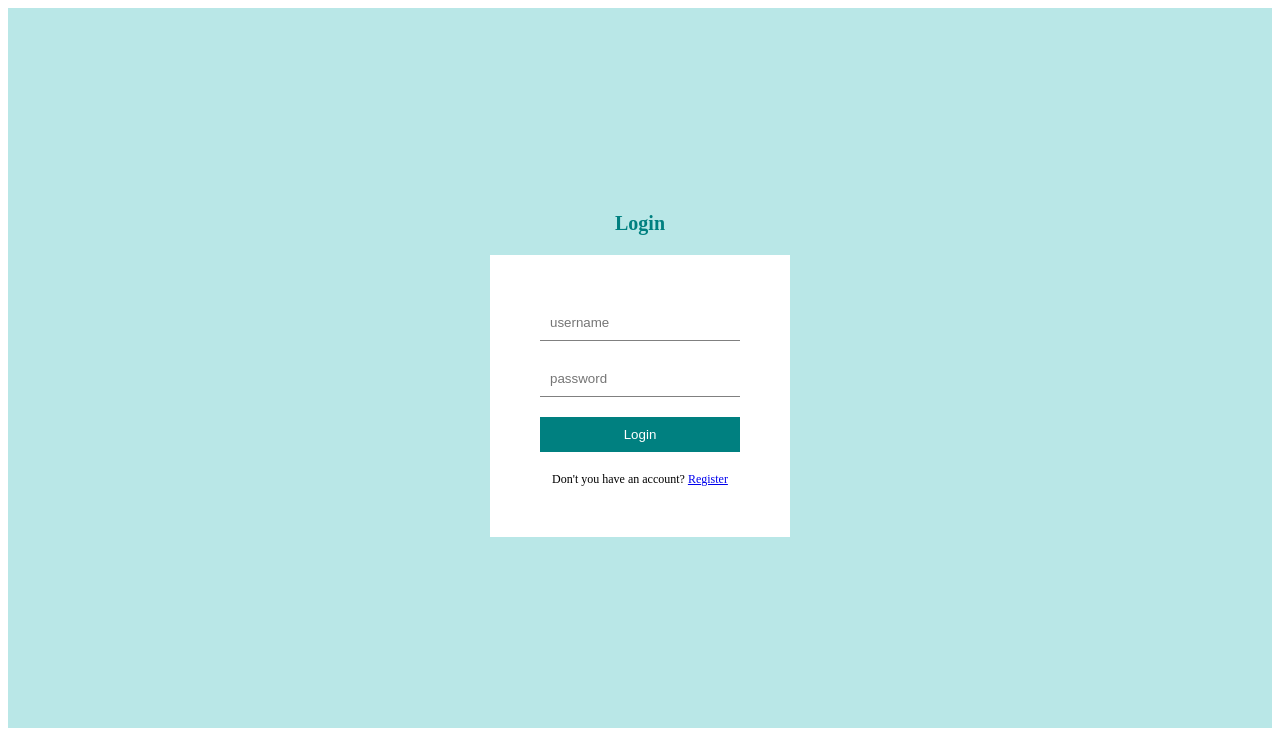
Repository: Jace9999/V-Blog
Page: /login (app in client/youtube2022/)
The author's editor kept a copy of each file at every save. The page is drawn from the files as they stood at one save, then again after the next save.
The browser window is 1280 px wide. The pictures show the whole page.
The project was rebuilt for these pictures with package versions that can differ from the ones it lists, and the page was loaded fresh each time. Also part of the build but not shown: client/youtube2022/src/pages/Register.jsx, client/youtube2022/src/pages/Home.jsx, client/youtube2022/src/pages/Single.jsx, client/youtube2022/src/pages/Write.jsx, client/youtube2022/src/components/Navbar.jsx, client/youtube2022/src/components/Footer.jsx.

Above is the page before, as saved 2023-08-02 14:46:07.

### client/youtube2022/src/App.jsx
import {
  createBrowserRouter,
  RouterProvider,
  Route,
  Outlet,
} from "react-router-dom"

import { Register } from "./pages/Register";
import { Home } from "./pages/Home";
import { Single } from "./pages/Single";
import { Write } from "./pages/Write";
import { Login } from "./pages/Login";
import { Navbar } from "./components/Navbar";
import { Footer } from "./components/Footer";
import "./style.scss"

const Layout = ()=>{
  return (
    <>
    <Navbar/>
    <Outlet/>
    <Footer/>
    </>
  );
};

const router = createBrowserRouter([
  {
    path: "/",
    element: <Layout/>,
    children:[
      {
       path:"/",
        element:<Home/>
      },
      {
        path:"/post/:id",
        element:<Single/>
      },
      {
        path:"/write",
        element:<Write/>
      }
  ]
  },
  {
    path: "/register",
    element: <Register/>
  },
  {
    path: "/single",
    element: <Single/>
  },
  {
    path: "/write",
    element: <Write/>
  },
  {
    path: "/login",
    element: <Login/>
  },
  {
    path: "/home",
    element: <Home/>
  }

]);



function App() {
  return (
    <div className="app">
      <div className="container">

        <RouterProvider router= {router}/>

      </div>
    </div>);
}



export default App;

### client/youtube2022/src/pages/Login.jsx
import React from 'react'
import { Link } from 'react-router-dom'

export const Login = () => {
  return (
    <div className='auth'>
      <h1>Login</h1>
      <form>
        <input type="text" placeholder='username'/>
        <input type="password" placeholder='password'/>
        <button>Login</button>
        <span>Don't you have an account? <Link to="/register">Register</Link></span>
      </form>

    </div>
  )
}

### client/youtube2022/src/style.scss

$lightGreen: #b9e7e7;

.app{
    .container{
        //Login & Register
         .auth{
            display:flex;
            flex-direction: column;
            align-items: center;
            justify-content: center;
            height: 100vh;
            background-color : $lightGreen;

            h1{
                font-size:20px;
                color: teal;
                margin-bottom: 20px;
            }

            form{
                display: flex;
                flex-direction: column;
                padding: 50px;
                background-color: white;
                width: 200px;
                gap: 20px;

                input{
                    padding: 10px;
                    border: none;
                    border-bottom: 1px solid gray;
                }

                button{
                    padding: 10px;
                    border: none;
                    background-color: teal;
                    cursor: pointer;
                    color: white;
                }

                span{
                    font-size: 12px;
                    text-align: center;
                }
            }

        }

    }
}

Loaded but not shown: client/youtube2022/index.html (common file); client/youtube2022/src/main.jsx (common file)

After the next save:
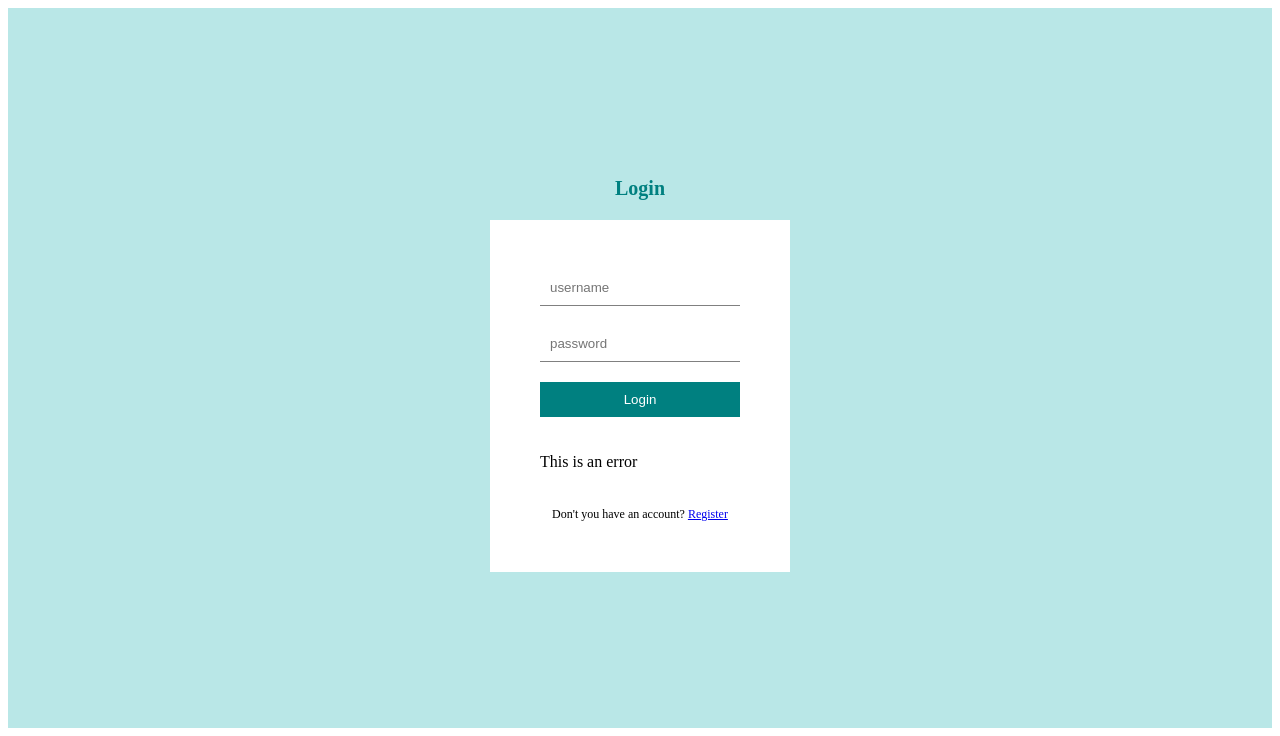
Saved 2 s later.
--- a/client/youtube2022/src/pages/Login.jsx
+++ b/client/youtube2022/src/pages/Login.jsx
@@ -9,6 +9,7 @@ export const Login = () => {
         <input type="text" placeholder='username'/>
         <input type="password" placeholder='password'/>
         <button>Login</button>
+        <p>This is an error</p>
         <span>Don't you have an account? <Link to="/register">Register</Link></span>
       </form>
 
